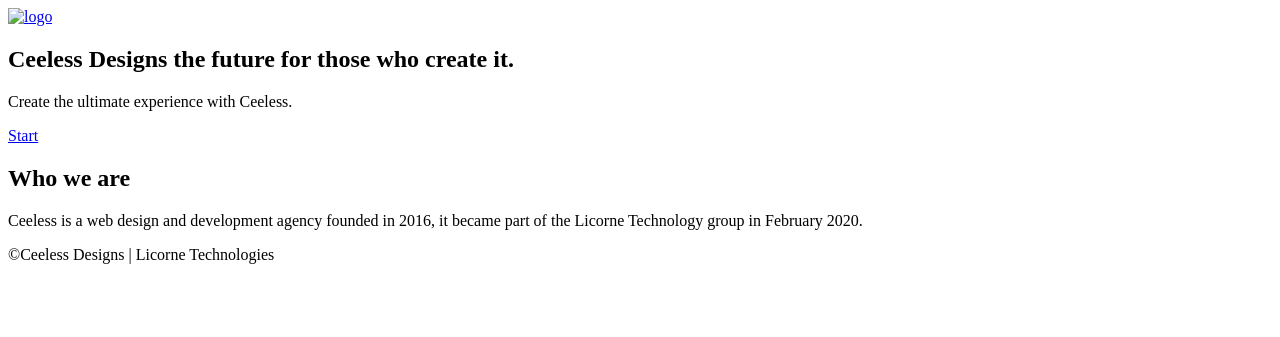
Repository: Licorne-Technologies/Ceeless-v2
Page: index.html
The author's editor kept a copy of each file at every save. The page is drawn from the files as they stood at one save, then again after the next save.
The browser window is 1280 px wide. The pictures show the whole page.

Above is the page before, as saved 2020-06-15 11:23:32.

After the next save:
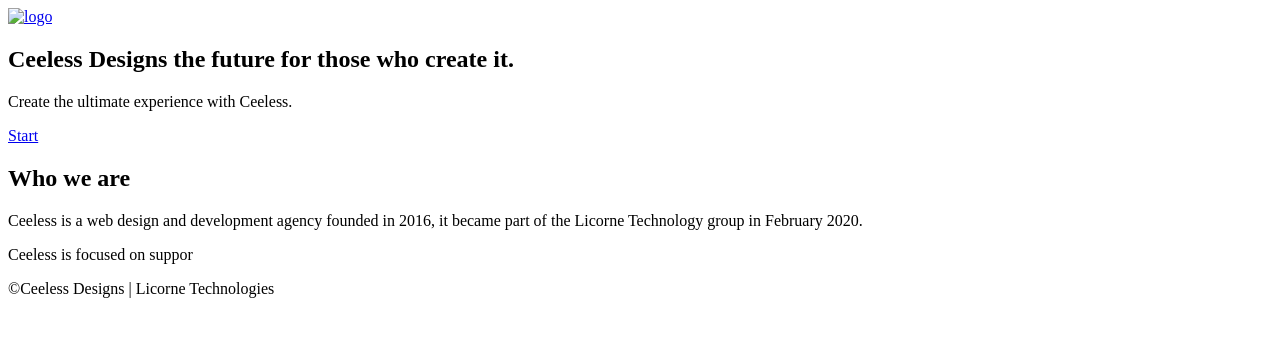
Saved 19 s later.
--- a/index.html
+++ b/index.html
@@ -58,7 +58,7 @@
             <div class="col">
                 <h2 class="title">Who we are</h2>
                 <p>Ceeless is a web design and development agency founded in 2016, it became part of the Licorne Technology group in February 2020.</p>
-                <p></p>
+                <p>Ceeless is focused on suppor</p>
             </div>
         </div>
     </section>
